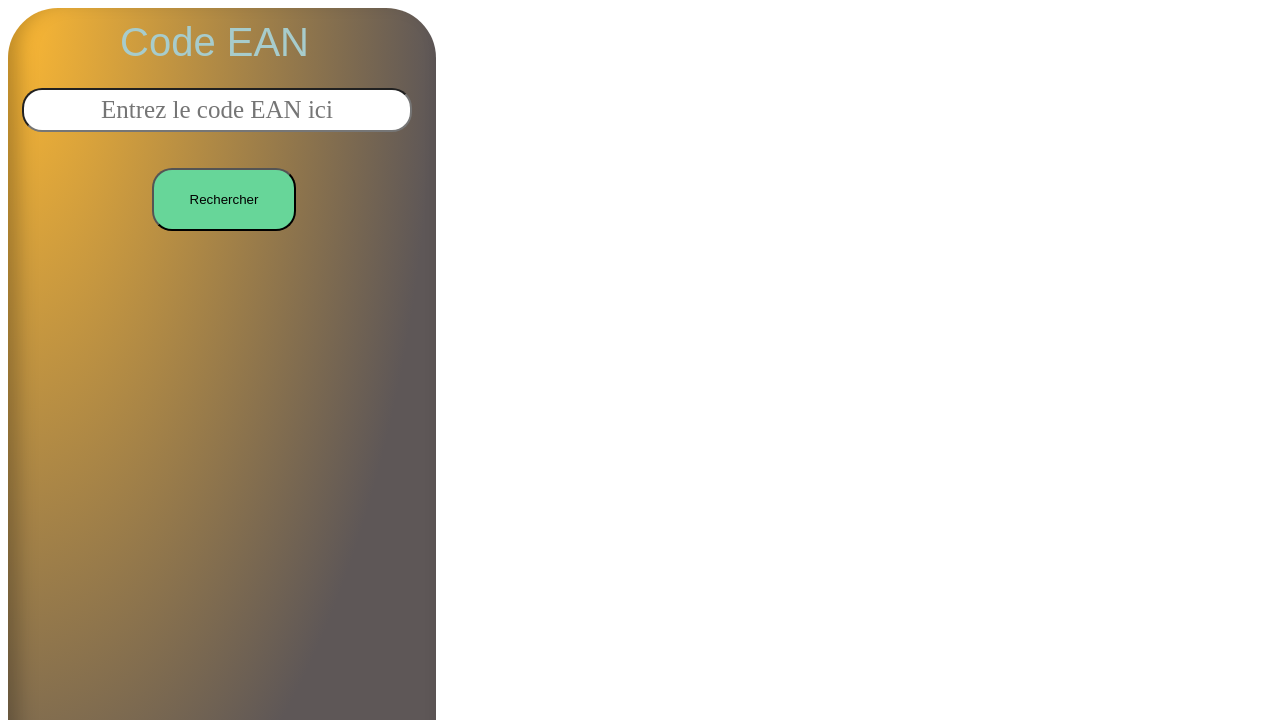
Repository: Zouz01/exo-toucan
Page: index.html
The author's editor kept a copy of each file at every save. The page is drawn from the files as they stood at one save, then again after a run of saves.
The browser window is 1280 px wide. The pictures show the whole page.

Above is the page before, as saved 2023-09-21 11:56:45.

### index.html
<!DOCTYPE html>
<html lang="fr">
<head>
    <meta charset="UTF-8">
    <meta name="viewport" content="width=device-width, initial-scale=1">
    <title>TOUCAN API</title>
    <link rel="stylesheet" type="text/css" href="main.css">
</head>
<body>
    <div class="container">
        <!-- Formulaire de recherche -->
        <form id="product-form" action="https://fr.openfoodfacts.org/api/v0/product/<<code_EAN_13>>" method="POST">
            <label for="code_ean">Code EAN </label>
            <input type="text" id="code_ean" name="code_ean" placeholder="Entrez le code EAN ici"><!-- Champ de saisie du code EAN -->
            <button type="submit" id="submit">Rechercher</button> <!-- Bouton de soumission du formulaire -->
        </form>

        <!-- Conteneur pour l'affichage de l'image et des informations -->
        <div><img id="img"></div>
        <div id="product-info"></div>
    </div>

    <!-- Inclusion du script JavaScript -->
    <script src="main.js"></script>
   <scrip // Récupérez une référence vers le conteneur de résultat
    var resultContainer = document.getElementById('result-container');

    // Récupérez la hauteur du contenu de #product-info
    var contentHeight = document.getElementById('product-info').offsetHeight;

    // Définissez la hauteur de #result-container en fonction de la hauteur du contenu
    resultContainer.style.height = contentHeight + 'px';</script>

</body>
</html>

### main.css
body {
    font-family: Arial, sans-serif;

}

.container {
    width: 428px;
    height: 926px;
   position: fixed;
    text-align: center;

    background: radial-gradient(100% 100% at 0% 0%, #FFBA33 0%, #5e5757 100%);
   /* background: radial-gradient(100% 100% at 0% 0%, #A6A6A6 0.46%, #000000 78.06%);
    background: linear-gradient(167.94deg, #7AA77E 0%, #476F72 100%);*/

    opacity: 1.8;
    box-shadow: inset 10px -10px 20px rgba(0, 0, 0, 0.25);
    border-radius: 50px;
}

/* position ecriture label*/
label {

    top: 20px;
    font-size: 40px;
    color: rgb(167, 204, 204);
   left: 120px;
    position :fixed;



}
/*position img*/
#img {
    position: relative;
   border-radius: 20px;
   width: 20%;
   top: 600px;
}

/*position retour d'information produit*/
#product-info {
    padding: 20px;
    color: rgb(171, 221, 205);
    font-size: larger;
    text-align: center; /* Centre le texte horizontalement */
}
h2 {
    font-size: xx-large;
    color: #7af3b1;
}
p{
    font-size: larger ;
}

/* Champ de saisie pour entrer le code EAN */
#code_ean {
    position: absolute;
   border-radius: 20px;
    width: 382px;
    height: 38px;
   right:24px ;
    top: 80px;
    font-family: 'Montserrat';
font-style: normal;
font-weight: 500;
font-size: 25px;
line-height: 30px;
text-align: center;

color: #0f0d0d;



}

/* Bouton de recherche */
button[type="submit"] {
    position: absolute;
    width: 144px;
    height: 63px;
  background-color: #67d699;
    top: 160px;
    border-radius: 20px;
    right: 140px;



}




/* styles pour les écrans plus grands */
/* @media (min-width: 900px) {
     .container {
        width: 1860px;
        height: 900px;
     }
        button[type="submit"] {
            position: absolute;
    width: 184px;
    height: 83px;
  background-color: #67d699;
    bottom: 50px;
    border-radius: 20px;
    right: 870px;
        }
        #code_ean {
            position: absolute;
           border-radius: 20px;
            width: 1382px;
            height: 68px;
           right:15% ;
            top: 80px;
            font-family: 'Montserrat';
        font-style: normal;
        font-weight: 500;
        font-size: 25px;
        line-height: 30px;
        text-align: center;
        color: #0f0d0d;

 }
 label {

    top: 20px;
    font-size: 40px;
    color: rgb(167, 204, 204);
   left: 800px;
    position :fixed;

}
#product-info {
    position: absolute;
    padding: 50px;
    color:rgb(171, 221, 205);
    top: 200px;
    left: 30%;

 }
 #img {
    position: relative;
   border-radius: 20px;
   max-width: 20%;
   max-height: 10%;
   top: 230px;
   right: 30%;
}
h2 {
    font-size: 50px;
    color: aqua;
}
p{
    font-size: 30px ;
}
} */

### main.js
const form = document.querySelector("#product-form"); //Interagit avec  HTML avec l'id "product-form"
const code_ean = document.querySelector("#code_ean"); //Interagit avec  HTML  avec l'id "code_ean"
const productInfo = document.querySelector("#product-info"); //Interagit avec  HTML avec l'id "les informations produits"
const img = document.querySelector("#img");  //Interagit avec  HTML avec l'id "les images"
const submit = document.querySelector("#submit");  //Interagit avec  HTML avec l'id "Boutton envoi"


submit.addEventListener("click", (e) => { // Ecouteur d'événement sur le bouton d'envoi qui écoute un événement de clic
    e.preventDefault();

    // validation du code
    if (code_ean.value.length !== 13) {
        alert("Le code EAN doit contenir 13 chiffres.");// Le script vérifie si la valeur du champ de saisie du code EAN comporte 13 caractères
        return;                                         // Sinon, il affiche une alerte indiquant que le code EAN doit contenir 13 chiffres.
    }else

// Si code correct alors ...
    // Récupére les informations du produit depuis l'API
    fetch("https://fr.openfoodfacts.org/api/v0/product/" + code_ean.value) //Méthode pour envoyer une requête GET à l'API
        .then((reponse) => reponse.json())   //  Convertit  la réponse de l'API en JSON
        .then((data) => {                    //  Pour accéder aux données.
            let product = data.product;
            img.src = product.image_url;


             //Affiche les informations sur le produit, ( avec innerHTML on definila source de l'éléments)
             productInfo.innerHTML =`
             <h2><b>Nom</b> : ${product.abbreviated_product_name}</h2>
             <p><b>Marque</b> : ${product.brands}</p>
             <p><b>Catégorie</b> : ${product.categories}</p>
             <p><b>Ingrédients</b> : ${product.ingredients_text}</p>`
             console.log (data)
        }); // ${} veut dire interpreter

});

   /*fecht veut dire aller chercher*/

After the next 3 saves:
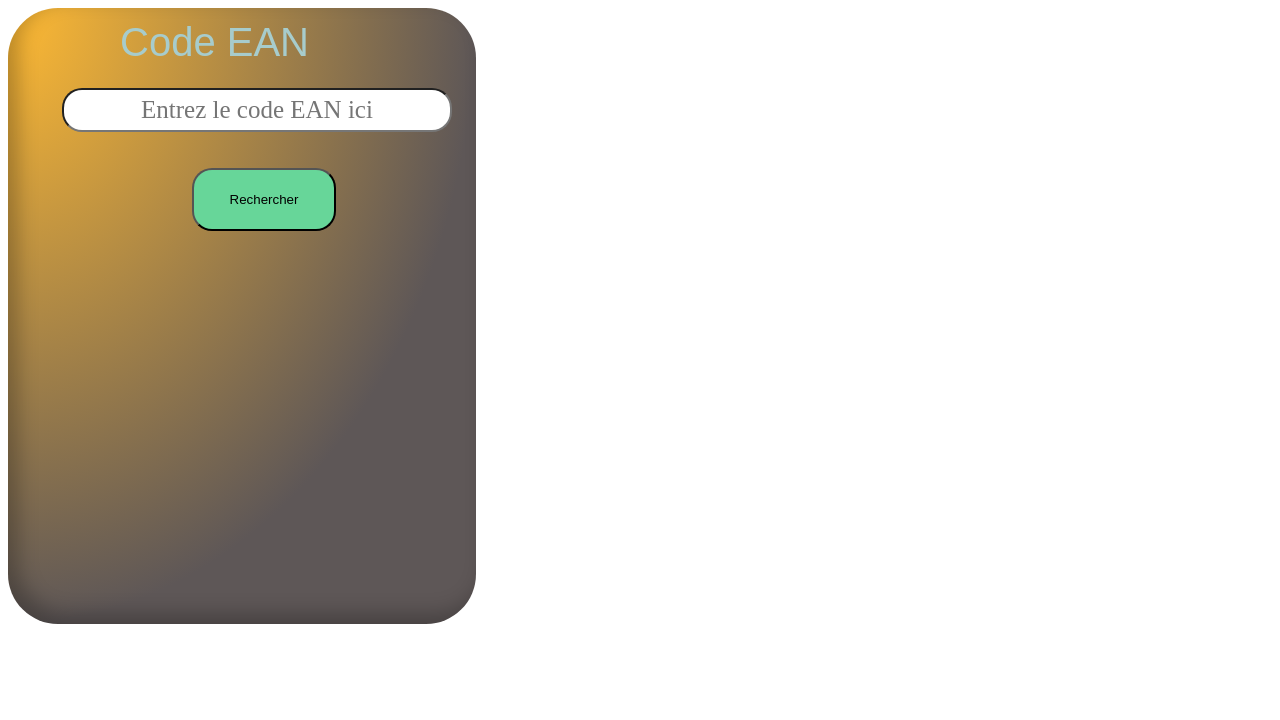
The 3 saves are shown as one change because they came seconds apart.
The last was saved 18 s later.
--- a/main.css
+++ b/main.css
@@ -16,7 +16,11 @@ body {
     opacity: 1.8;
     box-shadow: inset 10px -10px 20px rgba(0, 0, 0, 0.25);
     border-radius: 50px;
+    overflow: auto; /* Ajout du débordement automatique si le contenu dépasse la hauteur du conteneur */
+    max-height: 80%; /* Définition d'une hauteur maximale pour le contenu */
+    padding: 20px; /* Ajout d'un espace interne pour le contenu */
 }
+
 
 /* position ecriture label*/
 label {
